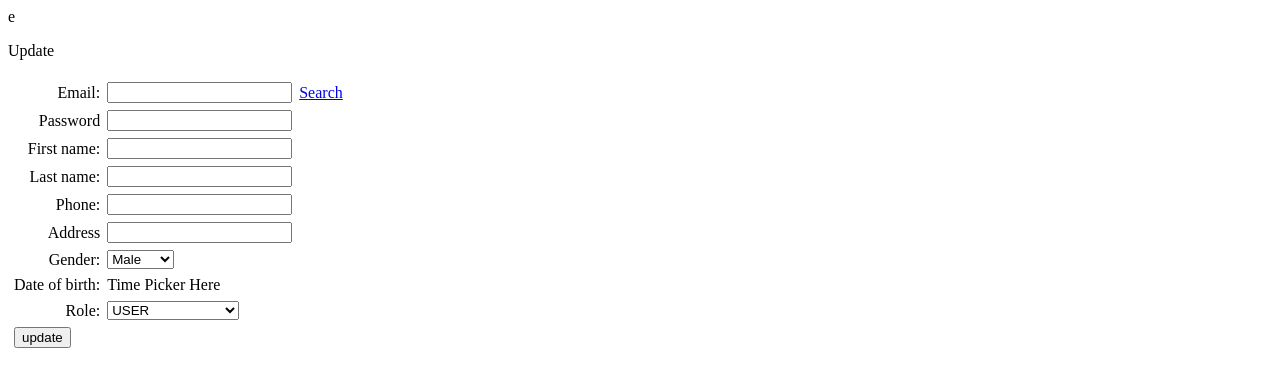
Repository: pffdota04/cuahang
Page: http://localhost/CuaHang/Views/Admin/container/account/update.jsp
These files come from the project's save history. The page is drawn as it stood at one moment and after the next save; the edit follows.
The browser window is 1280 px wide. The pictures show the whole page.
The page is served by Tomcat 9.

Above is the page before, as saved 2020-11-12 07:06:35.

After the next save:
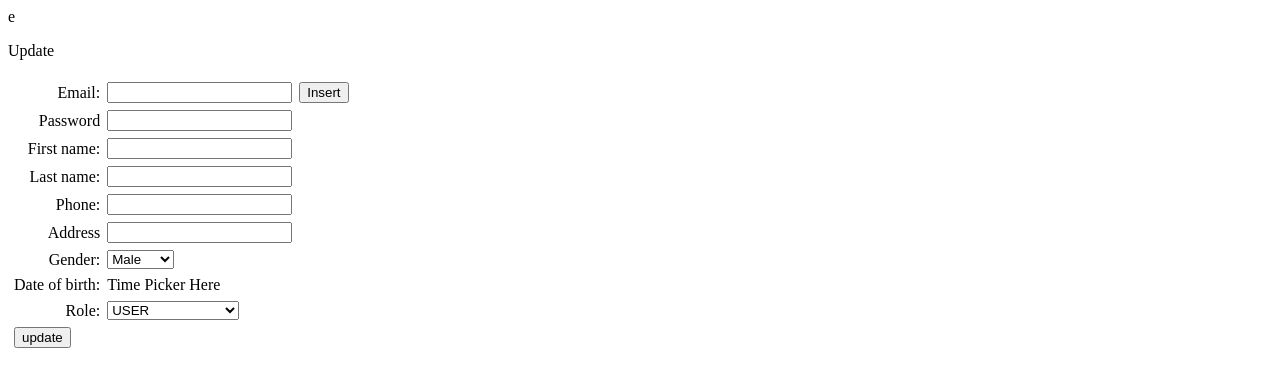
Saved 3 min 57 s later.
--- a/CuaHang/WebContent/Views/Admin/container/account/update.jsp
+++ b/CuaHang/WebContent/Views/Admin/container/account/update.jsp
@@ -15,7 +15,13 @@ e<%@ page language="java" contentType="text/html; charset=ISO-8859-1"
 					<tr>
 						<td align="right">Email:</td>
 						<td><input type="text" name="email"></td>
-						<td><a href="#" class="btnCheck">Search</a></td>
+						<td class="CheckButton">
+						<form
+							action="${pageContext.request.contextPath}/choose-in-account"
+							method="post">
+							<input type="submit" value="Insert" name="choose" />
+							</form>
+					</td>
 					</tr>
 					<tr>
 						<td align="right">Password</td>
